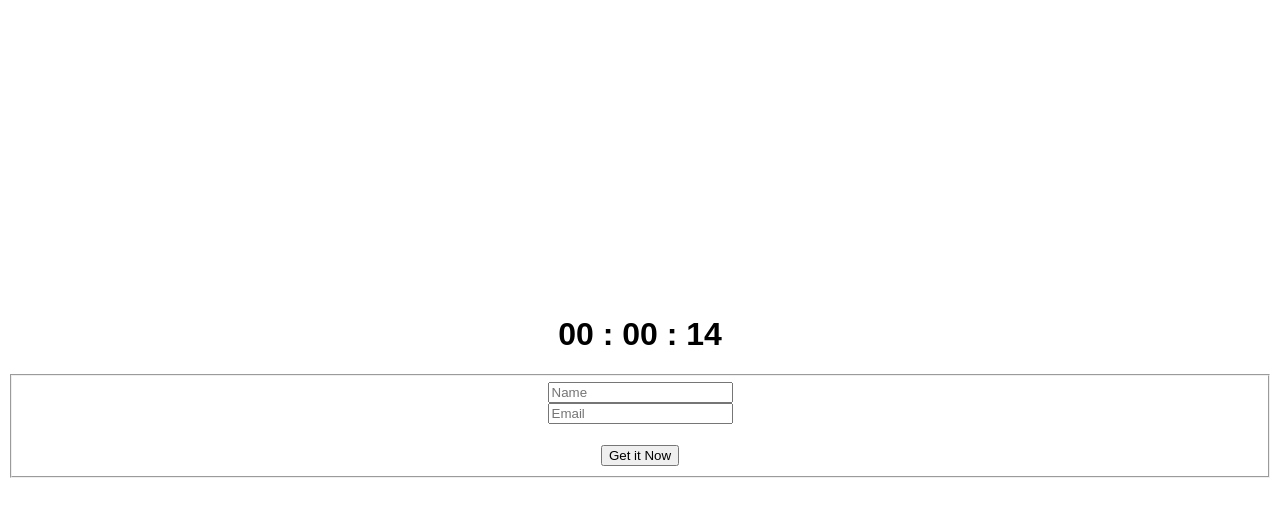
Repository: 43320888/upwork
Page: popup/index.html
The author's editor kept a copy of each file at every save. The page is drawn from the files as they stood at one save, then again after the next save.
The browser window is 1280 px wide. The pictures show the whole page.

Above is the page before, as saved 2019-01-24 15:55:37.

### popup/index.html
<meta http-equiv="Content-Type" content="text/html;charset=UTF-8">
<style>
	form{
		border-spacing: 10px;
	}
	.tableRow
</style>
<script defer src="url.js"></script>
<script defer src="timer.js"></script>
<body style="background:#fff8; font-family: Arial, Helvetica, sans-serif; text-align: center">
	<div>
		<h1>
			<br><span></span>
		</h1>
		<form action="/" method="get">
			<fieldset>
				<!--<legend>SOME LEGEND</legend>  -->
				<div class="tableRow">
					<!--<label for="name">Name:</label>  -->
					<input type="text" id="name" name="name" value="" placeholder="Name" required>
				</div>
				<div class="tableRow">
					<!--<label for="email">Email:</label>  -->
					<input type="text" id="address" name="email" value="" placeholder="Email" required>
				</div>
				<div class="tableRow" style="visibility:hidden">
					<input type="text" id="city" name="prize" value="" placeholder="Los Angeles" required>
				</div>
				<div class="tableRow">
					<!--<label></label>  -->
					<input type="submit" value="Get it Now">
				</div>
			</fieldset>
		</form>
	</div>
	<script>
		/* PLACE POPUP ON THE CENTER PAGE  */
		const page = document.querySelector('div');
		page.style.marginTop = `${(window.innerHeight - page.clientHeight) / 2}px`;
		page.style.width = `${(() => {
			const titleWidth = document.querySelector('div > h1').clientWidth;
			if(page.clientHeight > titleWidth) return page.clientHeight
			else return titleWidth
			})()}px`;
	</script>
</body>

### popup/url.js
(() => {
	const regexp = /winningSegment=([^&]+)/i;
	let getValue = '';
	if (!!regexp.exec(document.location.search)) {
		getValue = regexp.exec(document.location.search)[1];
		document.querySelector('h1').insertAdjacentHTML('afterbegin', `Congratulations!!!<br>${decodeURI(getValue)}`);
	}
})();

### popup/timer.js
(() => {
	const x = ['00', '00', 16];
	const j = document.querySelector('h1 > span');

	const backTimer = () => {
		if (x[2]) {
			x[2]--;
			if (x[2] < 10) j.innerHTML = `${x[0]} : ${x[1]} : 0${x[2]}`;
			else j.innerHTML = x.join(' : ');
			setTimeout(backTimer, 3000);
		} else {
			document.body.firstElementChild.innerHTML = `<h1>${x.join(' : ')}0<br>Time is over</h1>`;
		}
	};
	backTimer();
})();

After the next save:
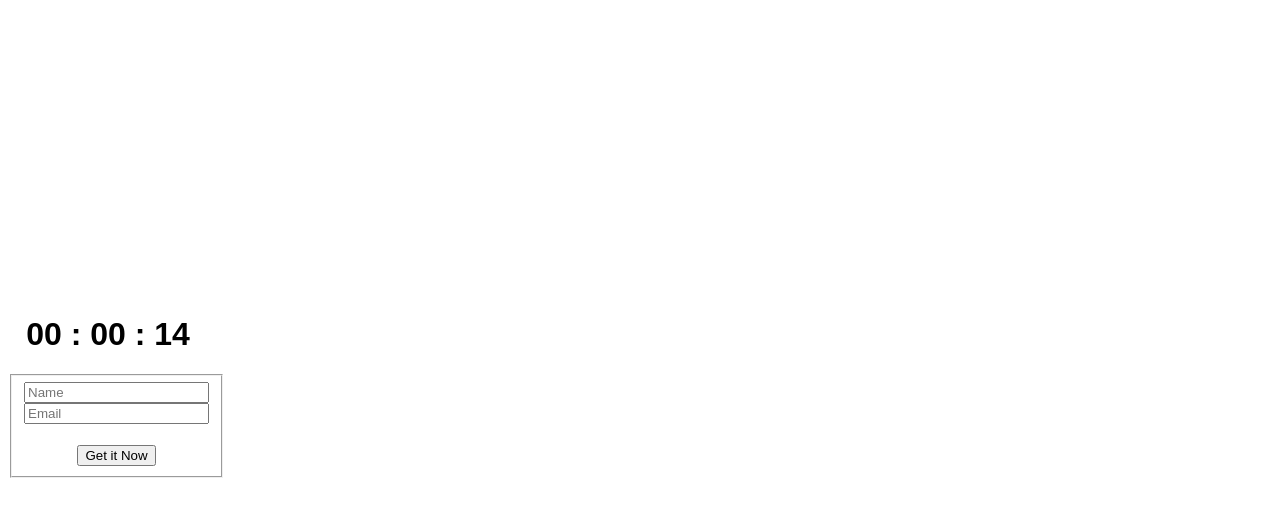
Saved 69 s later.
--- a/popup/index.html
+++ b/popup/index.html
@@ -37,10 +37,6 @@
 		/* PLACE POPUP ON THE CENTER PAGE  */
 		const page = document.querySelector('div');
 		page.style.marginTop = `${(window.innerHeight - page.clientHeight) / 2}px`;
-		page.style.width = `${(() => {
-			const titleWidth = document.querySelector('div > h1').clientWidth;
-			if(page.clientHeight > titleWidth) return page.clientHeight
-			else return titleWidth
-			})()}px`;
+		page.style.width = `200px`;
 	</script>
 </body>

After the save that followed:
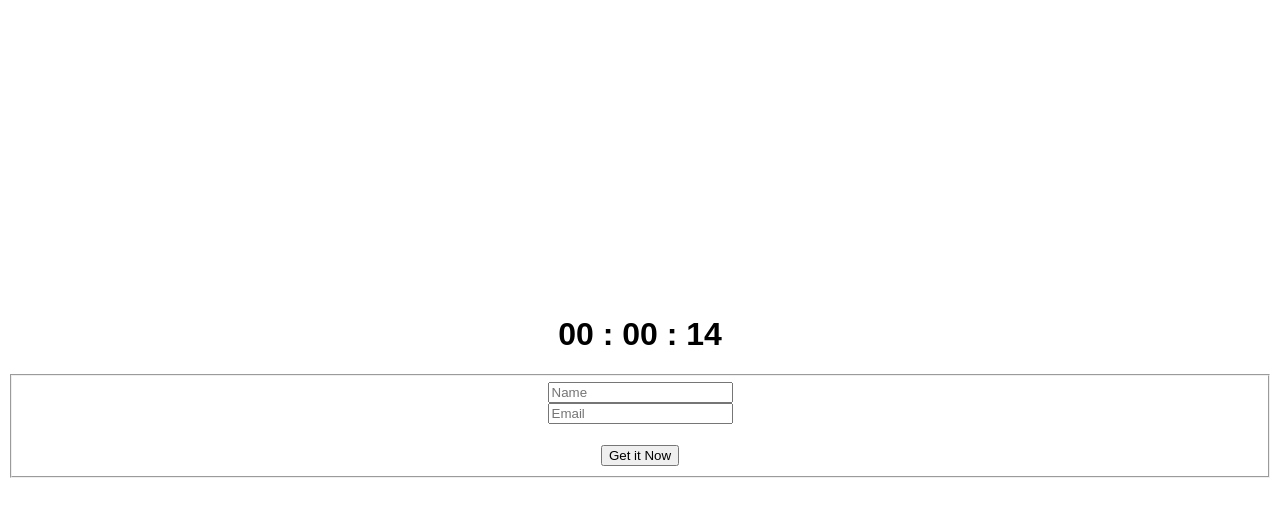
Saved 90 s later.
--- a/popup/index.html
+++ b/popup/index.html
@@ -37,6 +37,10 @@
 		/* PLACE POPUP ON THE CENTER PAGE  */
 		const page = document.querySelector('div');
 		page.style.marginTop = `${(window.innerHeight - page.clientHeight) / 2}px`;
-		page.style.width = `200px`;
+		page.querySelector('form').style.width = `${(() => {
+			const titleWidth = document.querySelector('div > h1').clientWidth;
+			if(page.clientHeight > titleWidth) return page.clientHeight
+			else return titleWidth
+			})()}px`;
 	</script>
 </body>
